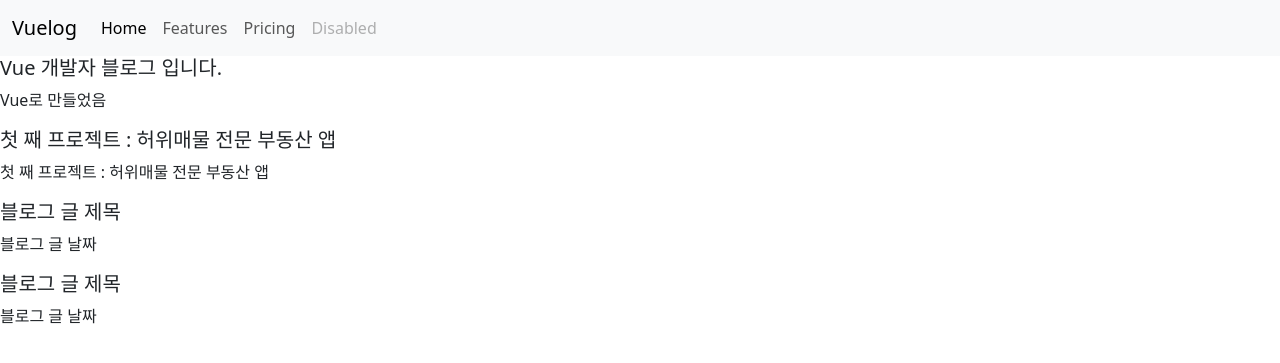
Repository: sangwoolee9701/testReposit
Page: / (app in vue_강습/blog/blog/)
An editor plug-in stored every save of this project. The page is shown before and after the next save, followed by the edit.
The browser window is 1280 px wide. The pictures show the whole page.
The project was rebuilt for these pictures with package versions that can differ from the ones it lists, and the page was loaded fresh each time. Also part of the build but not shown: vue_강습/blog/blog/vite.config.js, vue_강습/blog/blog/src/assets/main.css.

Above is the page before, as saved 2026-03-24 21:06:53.

After the next save:
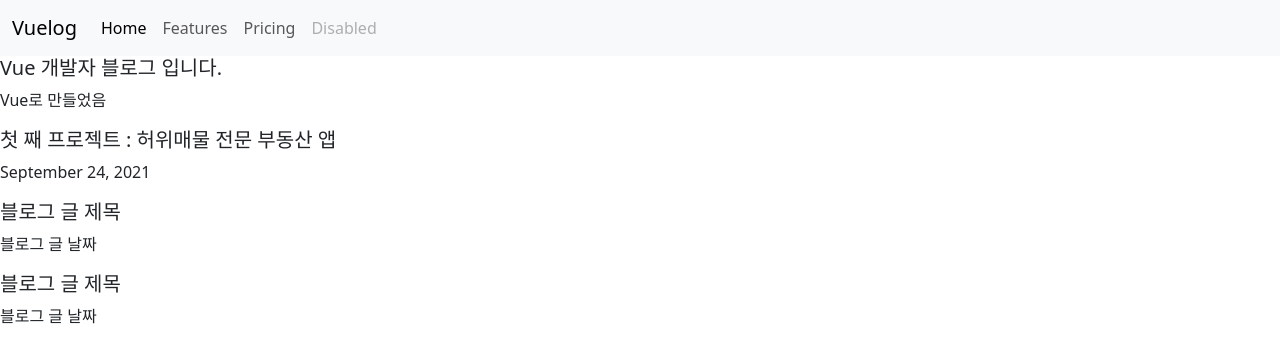
Saved 3 s later.
--- a/vue_강습/blog/blog/src/components/List.vue
+++ b/vue_강습/blog/blog/src/components/List.vue
@@ -1,7 +1,7 @@
 <template>
     <div>
         <h5>{{ 블로그글v[0].title }}</h5>
-        <p>{{ 블로그글v[0].title }}</p>
+        <p>{{ 블로그글v[0].date }}</p>
     </div>
     <div>
         <h5>블로그 글 제목</h5>
